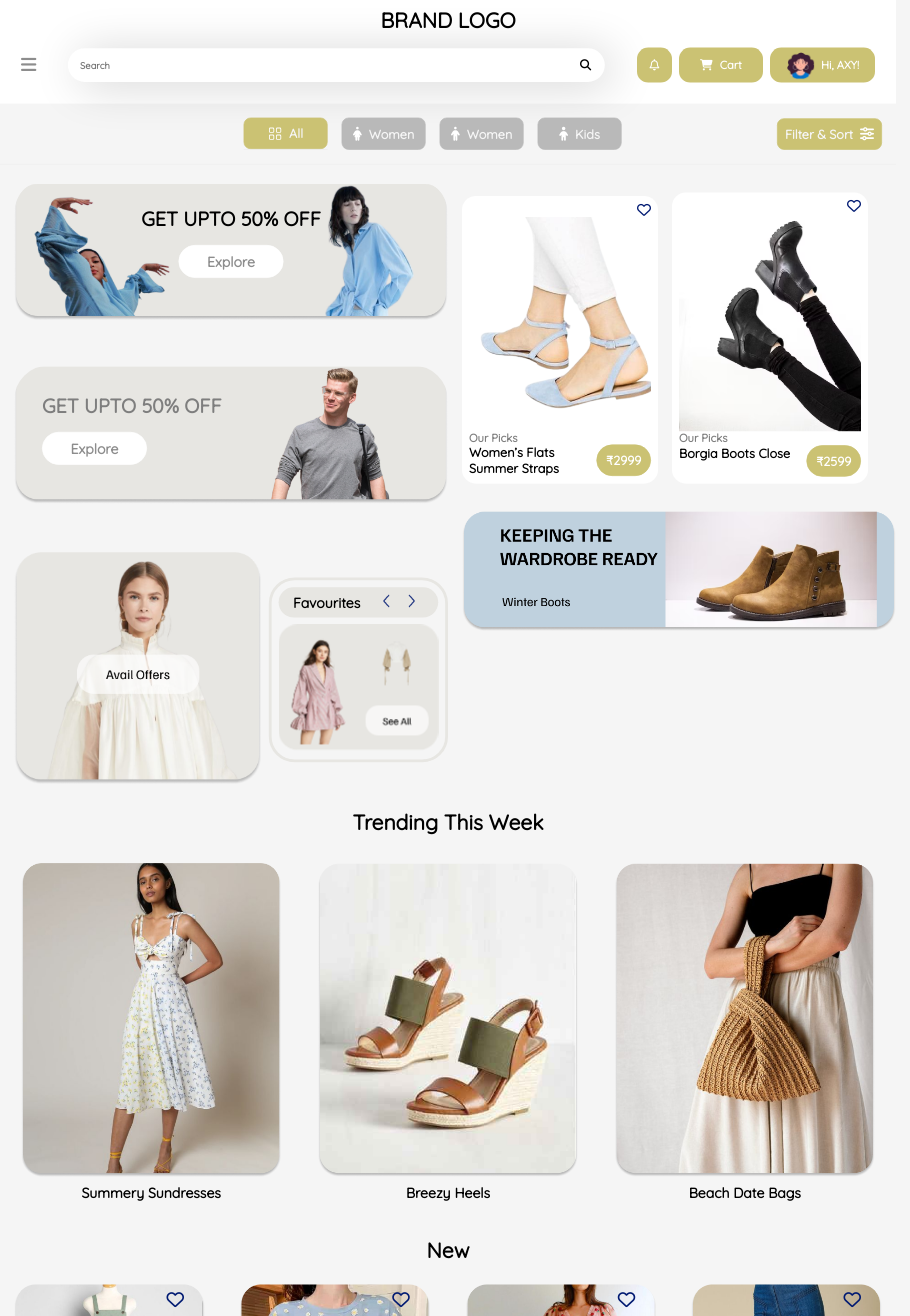
Repository: FlyweisReact/Jaspal
Page: /homepage
The author's editor kept a copy of each file at every save. The page is drawn from the files as they stood at one save, then again after the next save.
The browser window is 1280 px wide. The page is 1300 px wide, so the pictures cover 1300 px, including what lies to the right of the window. The pictures show the part of the page from y = 0 to 1880 px (the page is 2571 px tall before and 2569 px after), at 70% of full size.
Some web libraries are served in a nearby version. The project was rebuilt for these pictures with package versions that can differ from the ones it lists, and the page was loaded fresh each time. Also part of the build but not shown: src/Pages/Login/Login.js.

Above is the page before, as saved 2023-08-19 12:43:52.

### public/index.html
<!-- @format -->

<!DOCTYPE html>
<html lang="en">
  <head>
    <meta charset="utf-8" />
    <link rel="icon" href="%PUBLIC_URL%/favicon.ico" />
    <meta name="viewport" content="width=device-width, initial-scale=1" />
    <meta name="theme-color" content="#000000" />
    <meta
      name="description"
      content="Web site created using create-react-app"
    />
    <link rel="apple-touch-icon" href="%PUBLIC_URL%/logo192.png" />
    <link rel="manifest" href="%PUBLIC_URL%/manifest.json" />
    <link rel="preconnect" href="https://fonts.googleapis.com">
    <link rel="preconnect" href="https://fonts.gstatic.com" crossorigin>
    <link href="https://fonts.googleapis.com/css2?family=Quicksand&display=swap" rel="stylesheet">
    <title>React App</title>
  </head>
  <body>
    <noscript>You need to enable JavaScript to run this app.</noscript>
    <div id="root"></div>
    <script src="https://kit.fontawesome.com/b533b351e4.js" crossorigin="anonymous"></script>
  </body>
</html>

### src/index.js
import React from 'react';
import ReactDOM from 'react-dom/client';
import './index.css';
import App from './App';
import "slick-carousel/slick/slick.css";
import "slick-carousel/slick/slick-theme.css";

const root = ReactDOM.createRoot(document.getElementById('root'));
root.render(
  <React.StrictMode>
    <App />
  </React.StrictMode>
);

### src/index.css
/** @format */

body {
  margin: 0;
  font-family: Quicksand !important;
  -webkit-font-smoothing: antialiased;
  -moz-osx-font-smoothing: grayscale;
  background-color: #F5F5F5;
}

code {
  font-family: Quicksand !important;
}

html {
  font-family: Quicksand !important;
}

### src/App.js
/** @format */

import React from "react";
import { BrowserRouter, Route, Routes } from "react-router-dom";
import Login from "./Pages/Login/Login";
import Homepage from "./Pages/Homepage/Homepage";
import Footer from "./Navbar/Footer";
import Navbar from "./Navbar/Navbar";


// CSS
import "./CSS/Normal.css";
import "./CSS/Navbar.css";
import './CSS/Footer.css'
import Copyright from "./Component/copyright/Copyright";
const App = () => {
  return (
    <>
      <BrowserRouter>
        <Navbar />
        <Routes>
          <Route path="/" element={<Login />} />
          <Route path="/homepage" element={<Homepage />} />
        </Routes>
        <Footer />
        <Copyright />
      </BrowserRouter>
    </>
  );
};

export default App;

### src/Pages/Homepage/Homepage.js
/** @format */

import React from "react";
import Filter from "../../Component/Homecomp/Filter";
import FullWidthProduct from "../../Component/Homecomp/FullWidthProduct";
import OfferProduct from "../../Component/Homecomp/OfferProduct";
import TrendingProduct from "../../Component/Homecomp/TrendingProduct";

const Homepage = () => {
  return (
    <div className="Home-Page">
      <Filter />

      <OfferProduct />
      <p className="Heading-all">Trending This Week</p>
      <TrendingProduct />
      <p className="Heading-all">New</p>
      <FullWidthProduct />
    </div>
  );
};

export default Homepage;

### src/Navbar/Navbar.js
/** @format */

import React from "react";

const Navbar = () => {
  return (
    <div className="Navbar">
      <div className="logo">BRAND LOGO</div>

      <div className="container">
        <i className="fa-solid fa-bars"></i>

        <div className="search-bar">
          <input type="search" placeholder="Search" />
          <i className="fa-solid fa-magnifying-glass"></i>
        </div>

       <div className="Right-Container">
       <div className="Item Item1">
          <i class="fa-regular fa-bell"></i>
        </div>

        <div className="Item Item2">
          <i className="fa-solid fa-cart-shopping"></i>
          <p>Cart</p>
        </div>

        <div className="Item Item3">
        <img src='/Image/3.png' alt='' />
          <p>Hi, AXY!</p>
        </div>

       </div>
      </div>
    </div>
  );
};

export default Navbar;

### src/CSS/Normal.css
/**
 * Login Page
 *
 * @format
 */

.Login-Page {
  min-height: 100vh;
  background-image: url("../../public/Image/1.png");
  width: 100%;
  background-position: center;
  background-repeat: no-repeat;
  background-size: cover;
  position: relative;
}
.Login-Page .Login-Div {
  max-width: 600px;
  width: 100%;
  display: block;
  margin: auto;
  position: absolute;
  top: 50%;
  left: 50%;
  transform: translate(-50%, -50%);
}
.Login-Page .Login-Div .logo {
  color: #000;
  font-size: 30px;
  font-style: normal;
  font-weight: 700;
  line-height: normal;
  margin: 0;
  text-align: center;
  margin-bottom: 10px;
}

.Login-Page .Login-Div .container {
  border-radius: 16px;
  background: #fff;
  padding: 16px;
}
.Login-Page .Login-Div .container .head {
  color: #000;
  font-size: 25px;
  font-style: normal;
  font-weight: 700;
  text-align: center;
  line-height: normal;
}
.Login-Page .Login-Div .container input {
  max-width: 400px;
  width: 100%;
  display: block;
  margin: auto;
  padding: 10px;
  border-radius: 8px;
  border: 1px solid #b9b9b9;
  outline: none;
  font-size: 16px;
  font-family: Quicksand;
  background: #fff;
  box-shadow: 8px 4px 20px 0px rgba(0, 0, 0, 0.3);
  margin-top: 20px;
}

.Login-Page .Login-Div .container .forget-password {
  max-width: 400px;
  width: 100%;
  text-align: right;
  display: block;
  margin: auto;
  margin-top: 10px;
  color: #f00;
  font-weight: 600;
  cursor: pointer;
}

.Login-Page .Login-Div .container .login-button {
  max-width: 400px;
  width: 100%;
  border-radius: 8px;
  border: 1px solid #b9b9b9;
  background: #cbc273;
  padding: 10px;
  display: block;
  margin: auto;
  margin-top: 40px;
  font-family: Quicksand;
  color: #f5f5f5;
  font-size: 20px;
  font-weight: bold;
  cursor: pointer;
  box-shadow: 8px 4px 20px 0px rgba(0, 0, 0, 0.3);
}
.Login-Page .Login-Div .container .signup-button {
  max-width: 400px;
  width: 100%;
  border-radius: 8px;
  padding: 10px;
  display: block;
  margin: auto;
  margin-top: 10px;
  font-family: Quicksand;
  color: #cbc273;
  font-size: 20px;
  font-weight: bold;
  cursor: pointer;
  border: none;
  background-color: transparent;
}

.Login-Page .Login-Div .container .three-img {
  display: flex;
  justify-content: center;
  align-items: center;
  gap: 20px;
  margin-bottom: 40px;
}

.Filter-Category {
  display: flex;
  justify-content: space-between;
  align-items: center;
  padding: 20px;
  max-width: 1400px;
  margin: auto;
}
.Filter-Category .center {
  width: 70%;
  display: flex;
  justify-content: flex-end;
  gap: 20px;
}
.Filter-Category .center button {
  display: flex;
  width: 120px;
  justify-content: center;
  align-items: center;
  gap: 10px;
  border: 1px solid #b9b9b9;
  border-radius: 10px;
  background: #b9b9b9;
  gap: 10px;
  padding: 10px;
  color: #fff;
  cursor: pointer;
}
.Filter-Category .center button.active {
  background-color: #cbc273;
  border: 1px solid #cbc273;
}
.Filter-Category .center button img {
  width: 20px;
  height: 20px;
}
.Filter-Category .center button svg {
  font-size: 20px;
}
.Filter-Category .center button i {
  font-size: 20px;
}
.Filter-Category .center button span {
  color: #f5f5f5;
  text-align: center;
  font-family: Quicksand;
  font-size: 18px;
  font-style: normal;
  font-weight: 600;
  line-height: normal;
}

.Filter-Category .right {
  width: 10%;
  display: flex;
  justify-content: flex-end;
  gap: 20px;
}
.Filter-Category .right button {
  display: flex;
  min-width: 150px;
  max-width: 180px;

  justify-content: center;
  align-items: center;
  gap: 10px;
  border-radius: 10px;
  gap: 10px;
  padding: 10px;
  color: #fff;
  cursor: pointer;
  background-color: #cbc273;
  border: 1px solid #cbc273;
}

.Filter-Category .right button i {
  font-size: 20px;
}
.Filter-Category .right button span {
  color: #f5f5f5;
  text-align: center;
  font-family: Quicksand;
  font-size: 18px;
  font-style: normal;
  font-weight: 600;
  line-height: normal;
}

.offer-products {
  display: flex;
  justify-content: space-between;
  padding: 20px;
  max-width: 1400px;
  margin: auto;
}
.offer-products .left-container {
  width: 50%;
}
.offer-products .left-container .img-container {
  width: 100%;
  height: 267px;
  background-image: url("../../public/Image/4.png");
  background-size: contain;
  background-repeat: no-repeat;
  border-radius: 50px;
}
.offer-products .left-container .img-container h5 {
  color: #000;
  text-align: center;
  font-family: Quicksand;
  font-size: 28px;
  font-style: normal;
  font-weight: bold;
  line-height: normal;
  margin: 0;
  padding-top: 40px;
  margin-bottom: 20px;
}
.offer-products .left-container .img-container button {
  width: 150px;
  padding: 10px;
  color: #8d8d8d;
  text-align: center;
  font-family: Quicksand;
  font-size: 20px;
  font-style: normal;
  font-weight: 600;
  line-height: normal;
  background-color: #fff;
  border: 1px solid #fff;
  border-radius: 50px;
  display: block;
  margin: auto;
}

.offer-products .left-container .img-container-2 {
  background-image: url("../../public/Image/5.png");
}

.offer-products .left-container .img-container-2 h5 {
  text-align: left;
  color: #7e7e7e;
  padding-left: 40px;
}
.offer-products .left-container .img-container-2 button {
  margin-left: 40px;
}

.offer-products .left-container .two-sec {
  display: flex;
  justify-content: space-between;
  align-items: center;
  gap: 10px;
}
.offer-products .left-container .two-sec .left {
  max-width: 365px;
}
.offer-products .left-container .two-sec .left img {
  max-width: 100%;
}
.offer-products .left-container .two-sec .right {
  border-radius: 37px;
  border: 4px solid #e7e6e2;
  background: rgba(217, 217, 217, 0);
  width: 40%;
}

.Favorite-slider {
  padding: 10px;
}
.Favorite-slider .Prev-Next_cont {
  width: 100%;
  margin-bottom: 10px;
  display: flex;
  background-color: #e7e6e2;
  border-radius: 50px;
  justify-content: space-evenly;
  align-items: center;
}
.Favorite-slider .Prev-Next_cont span {
  color: #000;
  text-align: center;
  font-size: 20px;
  font-style: normal;
  font-weight: 800;
  line-height: normal;
}
.Favorite-slider .Prev-Next_cont img {
  cursor: pointer;
}
.Fav-Slide {
  width: 100%;
}
.Fav-Slide .Main {
  width: 100%;
}
.Fav-Slide .Main img {
  width: 100%;
}
.Fav-Slide .slick-arrow {
  display: none !important;
}

.offer-products .right-container {
  width: 50%;
}

.offer-products .right-container .product-container {
  display: flex;
  justify-content: space-between;
  gap: 20px;
  align-items: flex-end;
  padding: 20px;
}
.offer-products .right-container .product-container .Main {
  background-color: #fff;
  width: 45%;
  padding: 10px;
  border-radius: 20px;
}
.offer-products .right-container .product-container .Main .fa-heart {
  display: flex;
  justify-content: flex-end;
  font-size: 20px;
  color: #001a72;
}
.offer-products .right-container .product-container .Main img {
  max-width: 100%;
  display: block;
  margin: auto;
}
.offer-products .right-container .product-container .Main .pick {
  color: #7e7e7e;
  font-size: 16px;
  font-style: normal;
  font-weight: 600;
  line-height: normal;
  margin: 0;
}
.offer-products .right-container .product-container .Main .desc {
  display: flex;
  justify-content: space-between;
  align-items: flex-start;
  gap: 10px;
}
.offer-products .right-container .product-container .Main .desc span {
  color: #000;
  font-size: 18px;
  font-style: normal;
  font-weight: 600;
  line-height: normal;
  max-width: 70%;
}
.offer-products .right-container .product-container .Main .desc button {
  max-width: 30%;
  width: 120px;
  border: 1px solid #cbc273;
  background-color: #cbc273;
  border-radius: 50px;
  color: #fff;
  text-align: center;
  font-size: 18px;
  padding: 10px;
  cursor: pointer;
  font-style: normal;
  font-weight: 600;
  font-family: Quicksand;
  line-height: normal;
}

.offer-products .right-container .img-container {
  width: 100%;
  padding: 20px;
}
.offer-products .right-container .img-container img {
  max-width: 100%;
  display: block;
  margin: auto;
}

.Heading-all {
  color: #000;
  text-align: center;
  font-size: 30px;
  font-style: normal;
  font-weight: 700;
  line-height: normal;
  margin: 0;
  padding: 10px;
}

.Trending-Product {
  padding: 20px;
  max-width: 1400px;
  margin: auto;
  display: flex;
  justify-content: space-between;
  align-items: center;
  flex-wrap: wrap;
}
.Trending-Product .Main {
  width: 30%;
  padding: 10px;
}
.Trending-Product .Main img {
  max-width: 100%;
  display: block;
  margin: auto;
}
.Trending-Product .Main p {
  color: #000;
  font-family: Inter;
  font-size: 20px;
  font-style: normal;
  font-weight: 700;
  padding: 10px;
  line-height: normal;
  text-align: center;
  font-family: Quicksand;
  margin: 0;
}

.full-width-product {
  padding: 20px;
  display: flex;
  max-width: 1400px;
  margin: auto;
  flex-wrap: wrap;
  align-items: center;
  gap: 20px;
  justify-content: space-between;
}
.full-width-product .Main {
  width: 22%;
}
.full-width-product .Main .img-container {
  width: 100%;
  position: relative;
}
.full-width-product .Main .img-container img {
  max-width: 100%;
  display: block;
  margin: auto;
}
.full-width-product .Main .img-container .fa-heart {
  position: absolute;
  top: 10px;
  right: 30px;
  font-size: 25px;
  color: #001a72;
  z-index: 2;
  cursor: pointer;
}

.full-width-product .Main .product-desc {
  padding: 10px;
}
.full-width-product .Main .product-desc p {
  margin: 0;
  text-align: center;
  max-width: 100%;
}
.full-width-product .Main .product-desc .light {
  color: #7e7e7e;
  font-size: 14px;
  font-style: normal;
  font-weight: 700;
  line-height: normal;
}
.full-width-product .Main .product-desc .title {
  color: #000;
  font-size: 18px;
  font-style: normal;
  font-weight: 700;
  line-height: normal;
}

### src/CSS/Navbar.css
/** @format */

.Navbar {
  padding: 10px;
  background-color: #fff;
}
.Navbar .logo {
  color: #000;
  font-size: 30px;
  font-style: normal;
  font-weight: 700;
  line-height: normal;
  text-align: center;
  max-width: 1400px;
  margin: auto;
}
.Navbar .container {
  display: flex;
  justify-content: space-between;
  padding: 20px;
  max-width: 1400px;
  margin: auto;
  align-items: center;
}
.Navbar .container .fa-bars {
  font-size: 25px;
  cursor: pointer;
  color: #8d8d8d;
  font-weight: bold;
}

.Navbar .container .search-bar {
  display: flex;
  width: 60%;
  border-radius: 24px;
  background: #fff;
  box-shadow: 12px 5px 65px 0px rgba(0, 0, 0, 0.18);
  justify-content: space-between;
  align-items: center;
  padding: 15px;
  padding-right: 20px;
}
.Navbar .container .search-bar input {
  width: 90%;
  border: none;
  outline: none;
  font-family: Quicksand;
  font-weight: 900;
}

.Navbar .container .Item {
  border-radius: 16px;
  background: #cbc273;
  display: flex;
  justify-content: center;
  align-items: center;
  min-width: 20px;
  gap: 10px;
  height: 50px;
  cursor: pointer;
}
.Navbar .container .Item i {
  color: #fff;
}
.Navbar .container .Item p {
  color: #fff;
  font-size: 16px;
  font-weight: 600;
}

.Navbar .container .Item2 {
  width: 120px;
  height: 50px;
}
.Navbar .container .Item1 {
  width: 50px;
}
.Navbar .container .Item3 {
  width: 150px;
  height: 50px;
}
.Navbar .container .Item img {
  width: 40px;
  height: 40px;
}
.Navbar .container .Right-Container {
  display: flex;
  gap: 10px;
}

### src/CSS/Footer.css
/** @format */

.Footer-Div {
  background: #ededed;
}
.Footer-Div .container {
  max-width: 1400px;
  margin: auto;
  padding: 20px;
}
.Footer-Div .container ul {
  padding-left: 0;
  list-style: none;
}
.Footer-Div .container ul li {
  padding-left: 0;
}
.Footer-Div .container ul li.head {
  color: #000;
  font-size: 24px;
  font-style: normal;
  font-weight: 600;
  line-height: normal;
}

.Footer-Div .container ul li {
  color: #7e7e7e;
  font-size: 16px;
  font-style: normal;
  font-weight: 700;
  line-height: normal;
  padding-top: 10px;
}
.Footer-Div .container .four-cont {
  display: flex;
  justify-content: space-between;
  gap: 20px;
  align-items: flex-start;
}
.Footer-Div .container .social-links {
  display: flex;
  justify-content: center;
  gap: 20px;
  align-items: center;
}
.Footer-Div .container .social-links img {
  width: 30px;
  cursor: pointer;
}

.copy-right {
  max-width: 1400px;
  margin: auto;
}
.copy-right p {
  color: #000;
  font-size: 16px;
  font-style: normal;
  font-weight: 800;
  line-height: normal;
}

.Filter-C .empty {
  background-color: #EDEDED;
  height: 1px;


}

### src/Component/copyright/Copyright.js
import React from 'react'

const Copyright = () => {
  return (
    <div className='copy-right'>
        <p>© Copyright 2023 Flyweis Tec. All rights reserved.</p>
    </div>
  )
}

export default Copyright

### src/Component/Homecomp/FullWidthProduct.js
/** @format */

import React from "react";

const FullWidthProduct = () => {
  const data = [
    {
      img: "/Image/16.png",
      light: "Exclusive",
      title: "Jade Overalls",
    },
    {
      img: "/Image/17.png",
      light: "Our Picks",
      title: "Daisy Summer Top",
    },
    {
      img: "/Image/18.png",
      light: "Limited Stock",
      title: "Strawberry Sundresse",
    },
    {
      img: "/Image/19.png",
      light: "Season Pick",
      title: "Bootcut Jeans",
    },
  ];

  return (
    <div className="full-width-product">
      {data.map((i, index) => (
        <div className="Main" key={index}>
          <div className="img-container">
            <i className="fa-sharp fa-regular fa-heart"></i>
            <img src={i.img} alt="" />
          </div>
          <div className="product-desc">
            <p className="light">{i.light}</p>
            <p className="title"> {i.title} </p>
          </div>
        </div>
      ))}
    </div>
  );
};

export default FullWidthProduct;

### src/Component/Homecomp/TrendingProduct.js
import React from 'react'

const TrendingProduct = () => {
  return (
    <div className='Trending-Product'>
        <div className='Main'>
            <img src='/Image/13.png' alt='' />
            <p>Summery Sundresses</p>
        </div>
        <div className='Main'>
            <img src='/Image/14.png' alt='' />
            <p>Breezy Heels</p>
        </div>
        <div className='Main'>
            <img src='/Image/15.png' alt='' />
            <p>Beach Date Bags</p>
        </div>
    </div>
  )
}

export default TrendingProduct

Loaded but not shown: src/Component/Homecomp/OfferProduct.js (65 lines, source omitted); src/Navbar/Footer.js (48 lines, source omitted); src/Component/Homecomp/FavouritesSlide.js (48 lines, source omitted); src/Component/Homecomp/Filter.js (44 lines, source omitted)

After the next save:
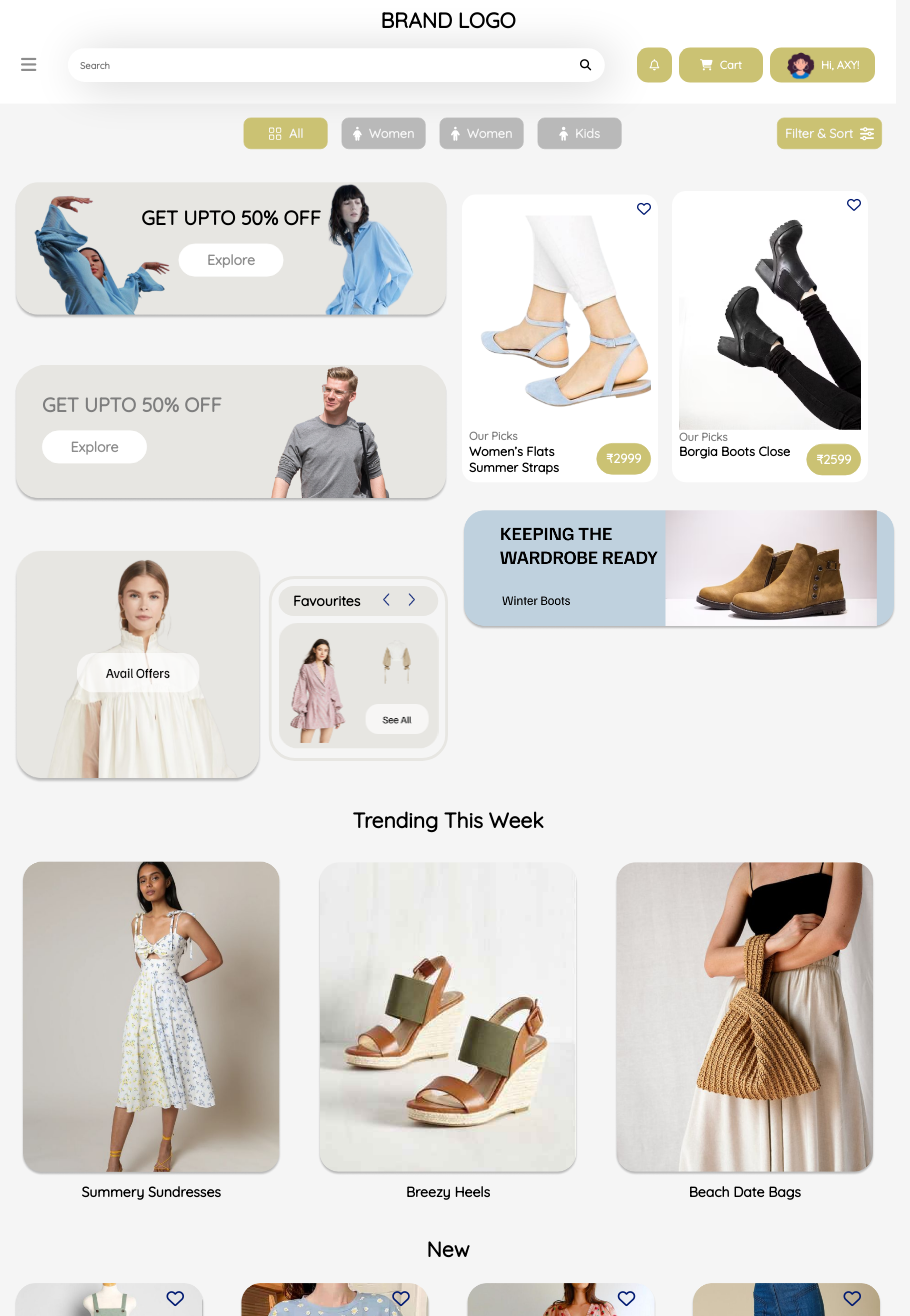
Saved 6 s later.
--- a/src/CSS/Footer.css
+++ b/src/CSS/Footer.css
@@ -59,10 +59,3 @@
   font-weight: 800;
   line-height: normal;
 }
-
-.Filter-C .empty {
-  background-color: #EDEDED;
-  height: 1px;
-
-
-}

After the 3 saves that followed:
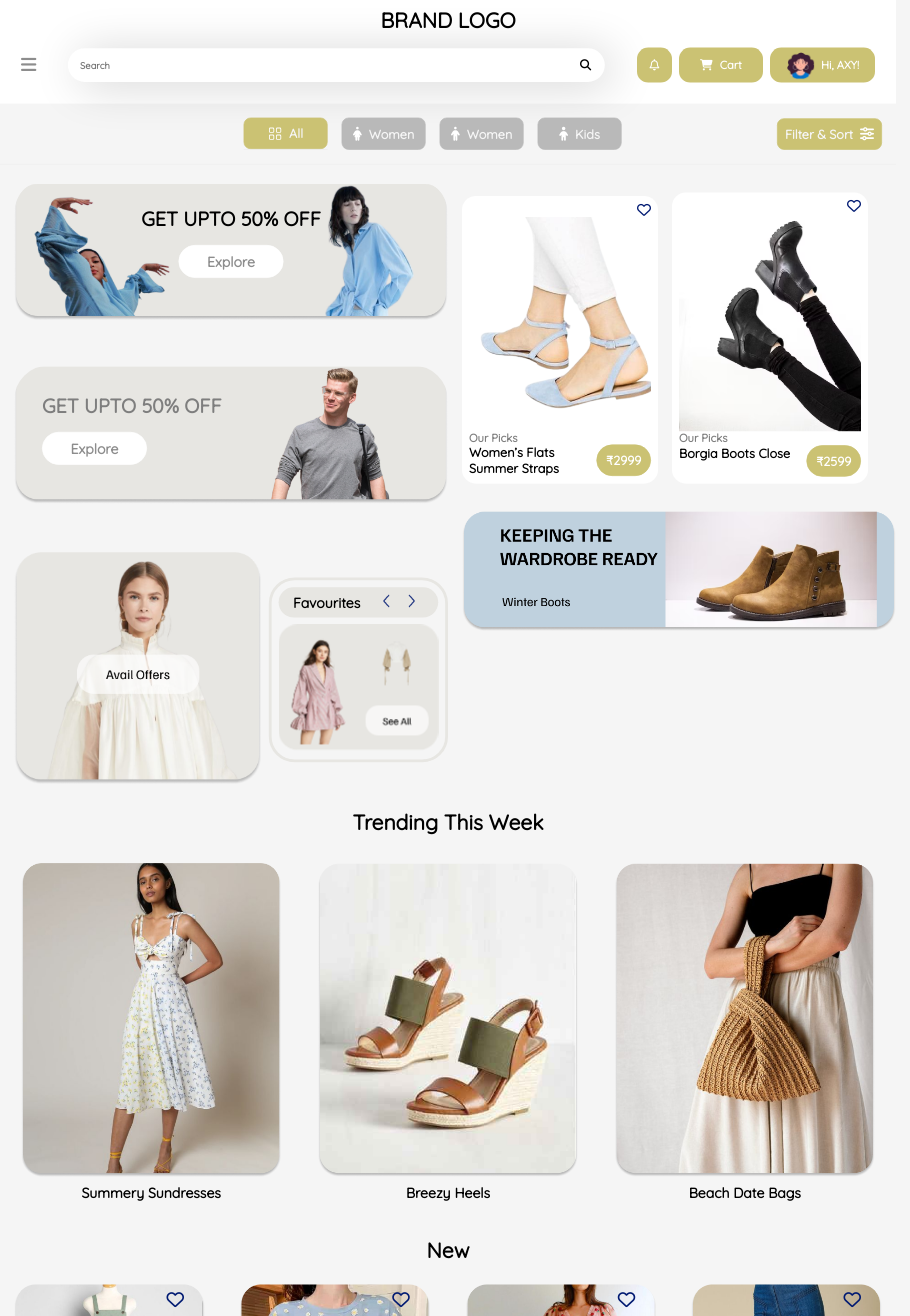
The 3 saves are shown as one change because they came seconds apart.
The last was saved 8 s later.
--- a/src/CSS/Normal.css
+++ b/src/CSS/Normal.css
@@ -493,3 +493,8 @@
   font-weight: 700;
   line-height: normal;
 }
+
+.Filter-C .empty {
+  background-color: #ededed;
+  height: 1px;
+}
